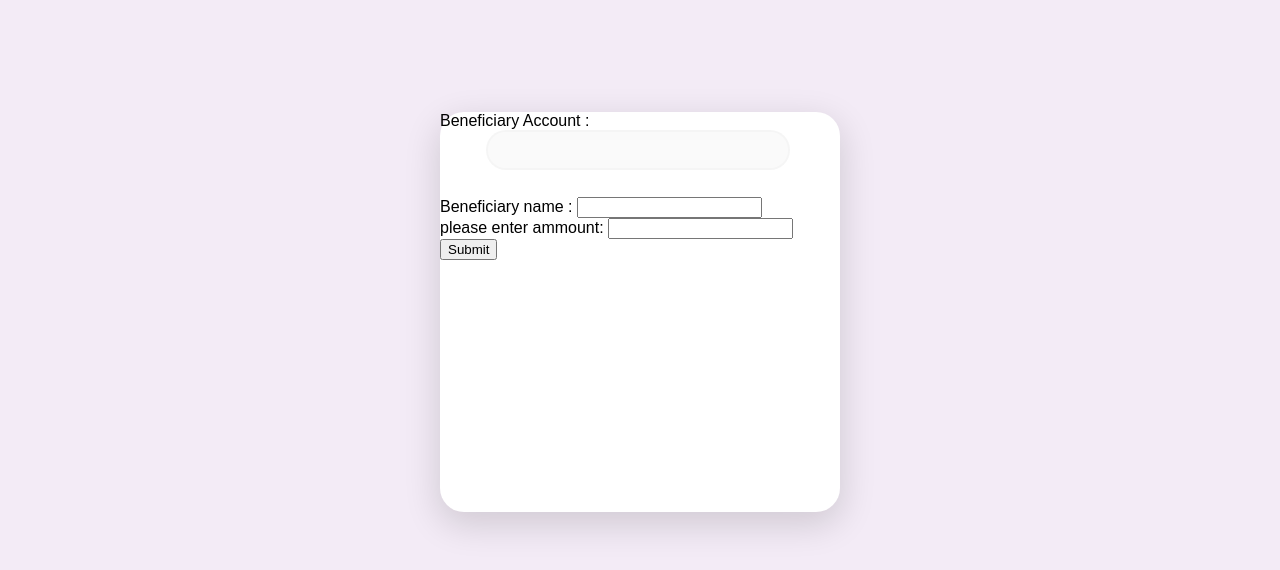
Repository: anujs099/bankingapp
Page: banking-application-final/WebContent/transfer.html
The author's editor kept a copy of each file at every save. The page is drawn from the files as they stood at one save, then again after the next save.
The browser window is 1280 px wide. The pictures show the whole page.
Some web fonts or font styles are not loaded; a fallback is used.

Above is the page before, as saved 2021-03-07 16:57:34.

After the next save:
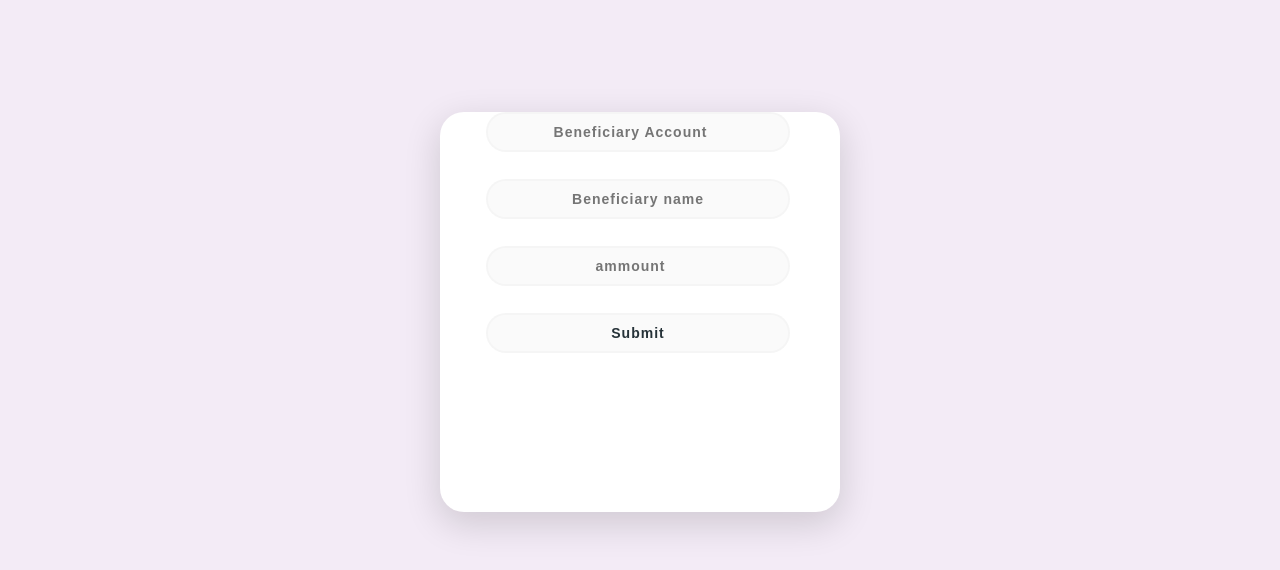
Saved 2 min 41 s later.
--- a/banking-application-final/WebContent/transfer.html
+++ b/banking-application-final/WebContent/transfer.html
@@ -11,19 +11,12 @@
 <body>
 <div class="main">
 <form action="TransferServlet" method="post" >
-<div>
-     <label for="accctid">Beneficiary Account :</label>
-      <input type="number" id="accctid"  name="acccount"  class="un">
-  </div>
-<div >
-       <label for="firstname">Beneficiary name :</label>
-      <input type="text" id="firstname" name="firstname" required="required"  >
-  </div>
-  <div>
-     <label for="ammount">please enter ammount:</label>
-      <input type="number"  id="ammount"  name="ammount"  >
-  </div>
- <button type="submit" >Submit</button>
+      <input type="number" id="accctid"  name="acccount"  placeholder="Beneficiary Account" class="un">
+
+      <input type="text" placeholder="Beneficiary name" id="firstname" name="firstname" required="required"  class="un">
+
+      <input type="number" placeholder="ammount"  id="ammount"  name="ammount" class="un" >
+      <button type="submit" class="un">Submit</button>
 </form>
 </div>
 
